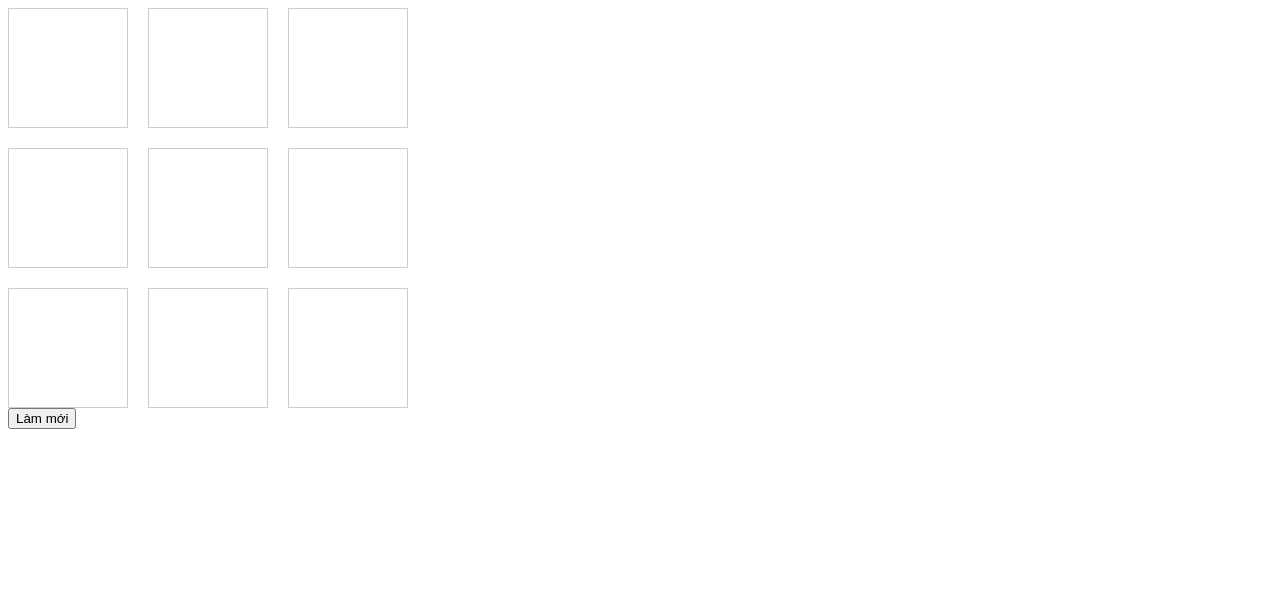
Repository: haokiet2501/tictactoe-app
Page: /
An editor plug-in stored every save of this project. The page is shown before and after the next save, followed by the edit.
The browser window is 1280 px wide. The pictures show the whole page.
The project was rebuilt for these pictures with package versions that can differ from the ones it lists, and the page was loaded fresh each time.

Above is the page before, as saved 2022-08-05 21:38:57.

After the next save:
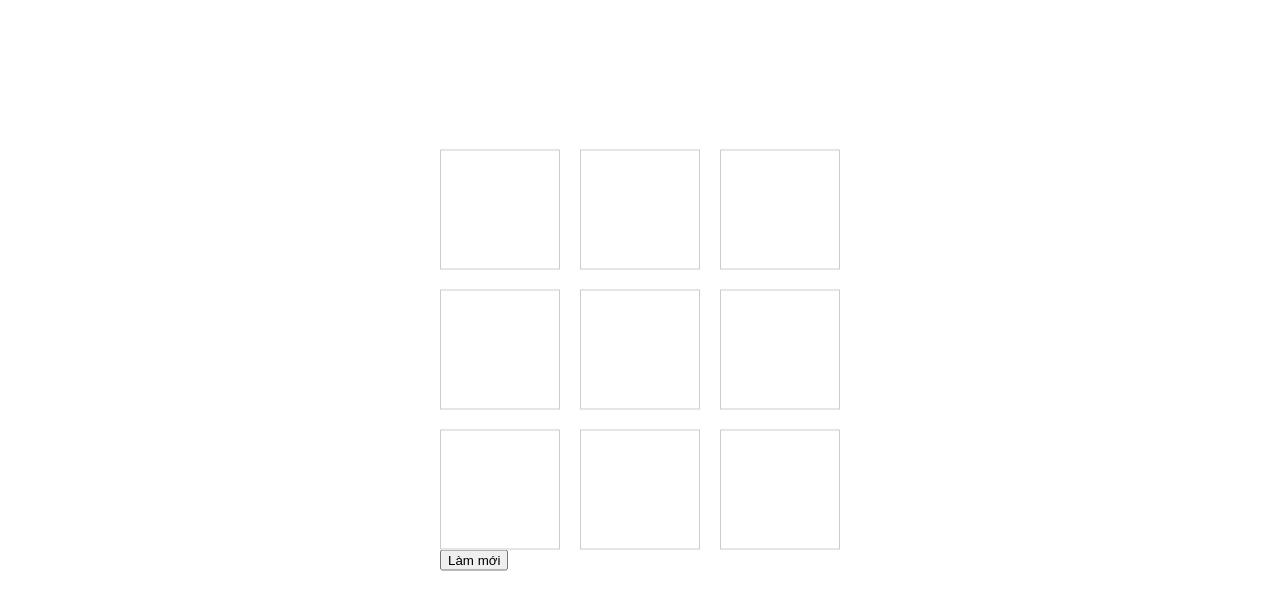
Saved 16 s later.
--- a/src/components/stylesGame.css
+++ b/src/components/stylesGame.css
@@ -1,4 +1,9 @@
-
+.game {
+    position: absolute;
+    top: 50%;
+    left: 50%;
+    transform: translate(-50%, -50%);
+}
 
 .game-board {
     height: 400px;
